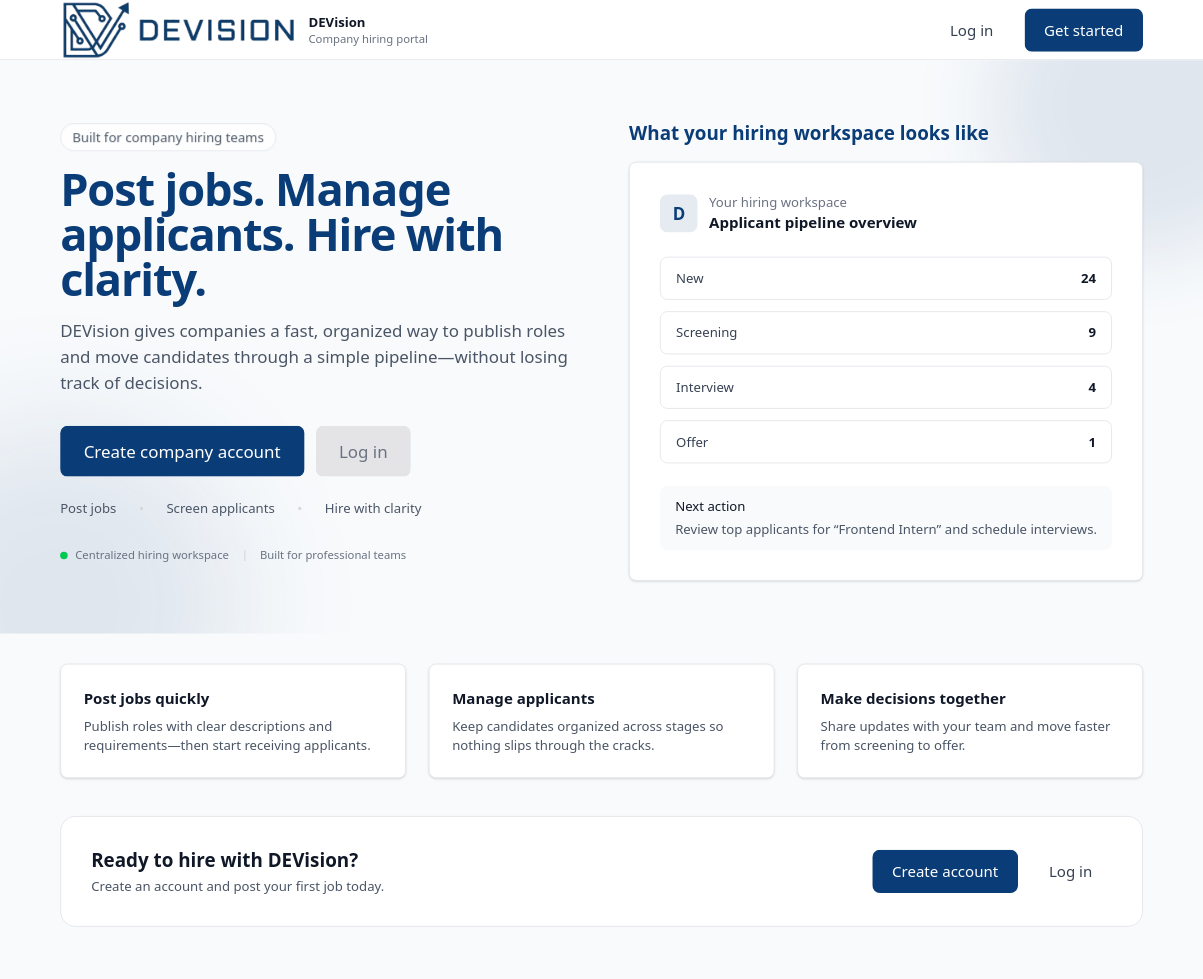
Repository: ISYS3461-2025C-Mulan-DEVision/JobManager_FE
Page: /
The author's editor kept a copy of each file at every save. The page is drawn from the files as they stood at one save, then again after the next save.
The browser window is 1280 px wide. The pictures show the whole page, at 94% of full size.
The project was rebuilt for these pictures with package versions that can differ from the ones it lists, and the page was loaded fresh each time. Also part of the build but not shown: vite.config.js, src/components/ui/Input/Input.tsx, src/components/ui/Spinner/Spinner.tsx, src/components/ui/Alert/Alert.tsx, src/components/ui/GoogleLogo/GoogleLogo.tsx, src/components/headless/Form/Form.tsx, src/components/headless/Form/index.ts, src/components/headless/Table/useTable.ts and 19 more.

Above is the page before, as saved 2025-12-12 16:54:16.

### index.html
<!doctype html>
<html lang="en">
  <head>
    <meta charset="UTF-8" />
    <link rel="icon" type="image/svg+xml" href="/logo/logo-icon.png" />
    <meta name="viewport" content="width=device-width, initial-scale=1.0" />
    <title>jobmanager-fe</title>
  </head>
  <body>
    <div id="root"></div>
    <script type="module" src="/src/main.jsx"></script>
  </body>
</html>

### src/main.tsx
import React, { StrictMode } from "react";
import { createRoot } from "react-dom/client";
import "./index.css";
import { BrowserRouter } from "react-router-dom";
import App from "./App.js";
import { Provider } from "react-redux";
import store from "./store/index.js";

const container = document.getElementById("root")!;
if (!container) {
    throw new Error("Root container not found");
} else {
    createRoot(container).render(
        <StrictMode>
            <Provider store={store}>
                <BrowserRouter>
                    <App />
                </BrowserRouter>
            </Provider>
        </StrictMode>,
    );
}

### src/index.css
@import "tailwindcss";

@theme {
  --color-heading: #0A3D78;
  --color-dark-blue: #1E293B;
  --color-background: #F8FAFC;
  --color-filled-button: #0A3D78;
}

html,
body {
    height: 100%;
}

:root {
    font-family: system-ui, -apple-system, Segoe UI, Roboto, Helvetica, Arial, sans-serif;
    line-height: 1.5;
    font-weight: 400;
    font-synthesis: none;
    text-rendering: optimizeLegibility;
    -webkit-font-smoothing: antialiased;
    -moz-osx-font-smoothing: grayscale;
}

body {
    margin: 0;
    min-width: 320px;
    min-height: 100vh;
    background: var(--color-background-color);
    color: #0f172a;
}


/* button {
    border-radius: 8px;
    border: 1px solid transparent;
    padding: 0.6em 1.2em;
    font-size: 1em;
    font-weight: 500;
    font-family: inherit;
    background-color: #1a1a1a;
    cursor: pointer;
    transition: border-color 0.25s;
}
button:hover {
    border-color: #646cff;
}
button:focus,
button:focus-visible {
    outline: 4px auto -webkit-focus-ring-color;
} */

### src/App.tsx
import { Routes, Route } from "react-router-dom";
import Home from "./pages/Home";
import LoginPage from "./pages/LoginPage";
import RegistrationPage from "./pages/RegistrationPage";
import AppHeader from "./components/common/AppHeader";

function App() {
    return (
        <div className="min-h-screen bg-background">
            <AppHeader />
            <main>
                <Routes>
                    <Route path="/" element={<Home />} />
                    <Route path="/login" element={<LoginPage />} />
                    <Route path="/register" element={<RegistrationPage />} />
                </Routes>
            </main>
        </div>
    );
}

export default App;

### src/store/index.ts
import configureStore from "./configureStore";
const store = configureStore();
export default store;

### src/components/common/AppHeader.tsx
import { Link, useLocation } from "react-router-dom";
import { Button } from "../ui";

type AppHeaderProps = {
    className?: string;
};

export default function AppHeader({ className }: AppHeaderProps) {
    const location = useLocation();

    const pathname = location.pathname;
    const onLogin = pathname === "/login";
    const onRegister = pathname === "/register";

    return (
        <header className={className ?? ""}>
            <div className="h-16 border-b border-gray-200 bg-white">
                <div className="mx-auto flex h-full max-w-6xl items-center justify-between">
                    <Link to="/" className="flex items-center gap-3">
                        <img src="/logo/logo.png" alt="DEVision" className="h-15 w-auto" />
                        <div className="leading-tight">
                            <div className="text-sm font-semibold text-gray-900">DEVision</div>
                            <div className="text-xs text-gray-500">Company hiring portal</div>
                        </div>
                    </Link>

                    <nav className="flex items-center gap-3">
                        {!onLogin && (
                            <Link to="/login" className="inline-flex">
                                <Button variant="ghost">Log in</Button>
                            </Link>
                        )}
                        {!onRegister && (
                            <Link to="/register" className="inline-flex">
                                <Button>Get started</Button>
                            </Link>
                        )}
                    </nav>
                </div>
            </div>
        </header>
    );
}

### src/store/configureStore.ts
import { createStore, applyMiddleware, Store } from "redux";
import { createLogger } from "redux-logger";
import createSagaMiddleware from "redux-saga";
import { enableBatching } from "redux-batched-actions";
import createReducer from "./reducers";
import rootSaga from "./saga";

const configureStore = (initialState = {}): Store => {
    const rootReducer = createReducer();
    const sagaMiddleware = createSagaMiddleware();

    const middlewares = [sagaMiddleware];

    const isDev = import.meta.env.VITE_NODE_ENV === "development";

    if (isDev) {
        const loggerMiddleware = createLogger({
            collapsed: () => true,
        });
        (middlewares as any[]).push(loggerMiddleware);
    }

    const store = createStore(
        enableBatching(rootReducer),
        initialState,
        applyMiddleware(...middlewares),
    );

    sagaMiddleware.run(rootSaga);

    return store;
};

export default configureStore;

### src/components/ui/index.ts
// UI Components - Presentational components with styling
export * from "./Button";
export * from "./Input";
export * from "./Card";
export * from "./Spinner";
export * from "./Alert";
export * from "./GoogleLogo";

### src/store/reducers.ts
import { combineReducers } from "redux";
import { reducers } from "../redux";
import _ from "lodash";

const appReducer = combineReducers(reducers);
export default function createReducer() {
    const rootReducer = (state, action) => {
        if (action.type === "FORCE_UPDATE_GLOBAL_STATE") {
            return appReducer(_.cloneDeep(action.payload), action as never);
        }
        return appReducer(state, action as never);
    };

    return rootReducer;
}

### src/store/saga.ts
import { all, fork } from "redux-saga/effects";
import { sagas } from "../redux";

export default function* rootSaga() {
    yield all([...Object.values(sagas)].map(fork));
}

### src/components/ui/Button/index.ts
export { Button } from "./Button";
export type { ButtonProps } from "./Button";

### src/components/ui/Input/index.ts
export { Input } from "./Input";
export type { InputProps } from "./Input";

### src/components/ui/Card/index.ts
export { Card, CardHeader, CardBody, CardFooter } from "./Card";
export type { CardProps } from "./Card";

### src/components/ui/Spinner/index.ts
export { Spinner } from "./Spinner";
export type { SpinnerProps } from "./Spinner";

### src/components/ui/Alert/index.ts
export { Alert } from "./Alert";
export type { AlertProps } from "./Alert";

### src/components/ui/GoogleLogo/index.ts
export { GoogleLogo } from "./GoogleLogo";
export type { GoogleLogoProps } from "./GoogleLogo";

### src/redux/index.ts
const loadModules = (modules: Record<string, any>, hasDefault = false) =>
    Object.entries(modules).map(([path, mod]) => {
        const parts = path.split("/");
        return {
            name: parts.at(-1)!.replace(".js", "").toUpperCase(),
            key: parts.at(-2)!,
            data: hasDefault ? mod.default : mod,
        };
    });

const rawActions = loadModules(
    import.meta.glob("./**/actions.ts", { eager: true }),
    true,
);

const rawTypes = loadModules(
    import.meta.glob("./**/types.ts", { eager: true }),
    false,
);

const rawReducers = loadModules(
    import.meta.glob("./**/reducer.ts", { eager: true }),
    true,
);

const rawSagas = loadModules(
    import.meta.glob("./**/saga.ts", { eager: true }),
    false,
);

// Final exports
export const actions = rawActions.reduce((p, e) => ({ ...p, ...e.data }), {});
export const types = rawTypes.reduce((p, e) => ({ ...p, ...e.data }), {});
export const reducers = rawReducers.reduce(
    (p, e) => ({ ...p, [e.key]: e.data }),
    {},
);
export const sagas = rawSagas.reduce((p, e) => ({ ...p, ...e.data }), {});

### src/components/ui/Button/Button.tsx
import React from "react";
import clsx from "clsx";

export interface ButtonProps extends React.ButtonHTMLAttributes<HTMLButtonElement> {
    variant?: "primary" | "secondary" | "outline" | "ghost" | "danger";
    size?: "sm" | "md" | "lg";
    isLoading?: boolean;
    fullWidth?: boolean;
    children: React.ReactNode;
}

export const Button: React.FC<ButtonProps> = ({
    variant = "primary",
    size = "md",
    isLoading = false,
    fullWidth = false,
    className,
    disabled,
    children,
    ...props
}) => {
    const baseStyles =
        "font-medium rounded-lg transition-[border-color] duration-250 focus:outline-none focus:ring-2 focus:ring-offset-2 disabled:opacity-50 disabled:cursor-not-allowed border border-transparent cursor-pointer";

    const variants = {
        primary: "bg-filled-button text-white hover:bg-filled-button/90 focus:ring-filled-button",
        secondary:
            "bg-zinc-200 text-gray-500 hover:bg-zinc-600 hover:text-white focus:ring-zinc-500",
        outline:
            "border border-heading-text text-heading hover:bg-heading-text/10 focus:ring-heading-text",
        ghost: "text-gray-700 hover:bg-gray-100 focus:ring-gray-500",
        danger: "bg-red-600 text-white hover:bg-red-700 focus:ring-red-500",
    };

    const sizes = {
        sm: "px-3 py-1.5 text-sm",
        md: "px-5 py-2.5 text-base",
        lg: "px-6 py-3 text-lg",
    };

    return (
        <button
            className={clsx(
                baseStyles,
                variants[variant],
                sizes[size],
                fullWidth && "w-full",
                className,
            )}
            disabled={disabled || isLoading}
            {...props}
        >
            {isLoading ? (
                <span className="flex items-center justify-center">
                    <svg
                        className="animate-spin -ml-1 mr-2 h-4 w-4"
                        fill="none"
                        viewBox="0 0 24 24"
                    >
                        <circle
                            className="opacity-25"
                            cx="12"
                            cy="12"
                            r="10"
                            stroke="currentColor"
                            strokeWidth="4"
                        />
                        <path
                            className="opacity-75"
                            fill="currentColor"
                            d="M4 12a8 8 0 018-8V0C5.373 0 0 5.373 0 12h4zm2 5.291A7.962 7.962 0 014 12H0c0 3.042 1.135 5.824 3 7.938l3-2.647z"
                        />
                    </svg>
                    Loading...
                </span>
            ) : (
                children
            )}
        </button>
    );
};

### src/components/ui/Card/Card.tsx
import React from "react";
import clsx from "clsx";

export interface CardProps {
  children: React.ReactNode;
  className?: string;
  padding?: "none" | "sm" | "md" | "lg";
  hover?: boolean;
}

export const Card: React.FC<CardProps> = ({
  children,
  className,
  padding = "md",
  hover = false,
}) => {
  const paddingStyles = {
    none: "",
    sm: "p-3",
    md: "p-4",
    lg: "p-6",
  };

  return (
    <div
      className={clsx(
        "bg-white rounded-lg border border-gray-200 shadow-sm",
        paddingStyles[padding],
        hover && "hover:shadow-md transition-shadow cursor-pointer",
        className
      )}
    >
      {children}
    </div>
  );
};

export const CardHeader: React.FC<{
  children: React.ReactNode;
  className?: string;
}> = ({ children, className }) => (
  <div className={clsx("border-b border-gray-200 pb-3 mb-3", className)}>
    {children}
  </div>
);

export const CardBody: React.FC<{
  children: React.ReactNode;
  className?: string;
}> = ({ children, className }) => <div className={className}>{children}</div>;

export const CardFooter: React.FC<{
  children: React.ReactNode;
  className?: string;
}> = ({ children, className }) => (
  <div className={clsx("border-t border-gray-200 pt-3 mt-3", className)}>
    {children}
  </div>
);

### src/redux/app/actions.ts
import * as types from "./type";

const setLoading = (payload: boolean) => ({ type: types.SET_LOADING, payload });
const setError = (payload: string | null) => ({
    type: types.SET_ERROR,
    payload,
});
const setInitialized = (payload: boolean) => ({
    type: types.SET_INITIALIZED,
    payload,
});
const reset = () => ({ type: types.RESET });

const toggleLoadingAsync = (payload: boolean) => ({
    type: types.TOGGLE_LOADING_ASYNC,
    payload,
});

export default {
    setLoading,
    setError,
    setInitialized,
    reset,
    toggleLoadingAsync,
};

### src/redux/app/reducer.ts
import * as types from "./type";
export interface AppState {
    loading: boolean;
    error: string | null;
    initialized?: boolean;
    test: string;
}

const INITIAL_STATE: AppState = {
    loading: true,
    error: null,
    initialized: false,
    test: "test",
};

type Action = { type: string; payload?: any };

export default function appReducer(
    state: AppState = INITIAL_STATE,
    action: Action,
): AppState {
    switch (action.type) {
        case types.SET_LOADING:
            return { ...state, loading: !!action.payload };
        case types.SET_ERROR:
            return { ...state, error: action.payload ?? null, loading: false };
        case types.SET_INITIALIZED:
            return { ...state, initialized: !!action.payload };
        case types.RESET:
            return { ...INITIAL_STATE };
        default:
            return state;
    }
}

### src/redux/app/saga.ts
import { takeEvery, put, delay } from "redux-saga/effects";
import * as types from "./type";
import actions from "./actions";

function* handleToggleLoading(action: any) {
    yield delay(300);
    yield put(actions.setLoading(action.payload));
}

export function* watchToggleLoading() {
    yield takeEvery(types.TOGGLE_LOADING_ASYNC, handleToggleLoading);
}

### src/redux/app/type.ts
const prefix = "APP/";

export const SET_LOADING = `${prefix}SET_LOADING`;
export const SET_ERROR = `${prefix}SET_ERROR`;
export const SET_INITIALIZED = `${prefix}SET_INITIALIZED`;
export const RESET = `${prefix}RESET`;

// test async action
export const TOGGLE_LOADING_ASYNC = `${prefix}TOGGLE_LOADING_ASYNC`;

Loaded but not shown: src/pages/Home.tsx (141 lines, source omitted)

After the next save:
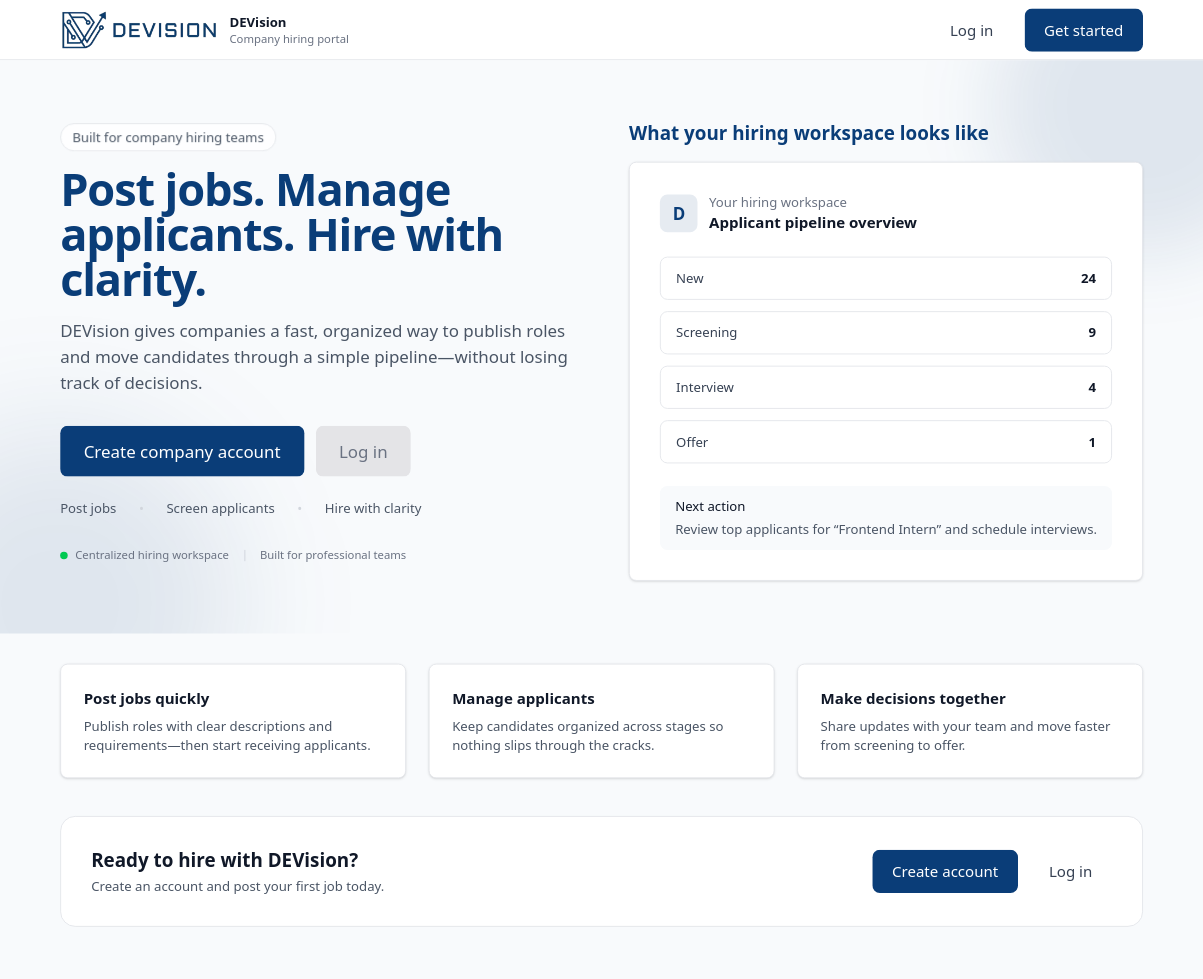
Saved 6 s later.
--- a/src/components/common/AppHeader.tsx
+++ b/src/components/common/AppHeader.tsx
@@ -17,7 +17,7 @@ export default function AppHeader({ className }: AppHeaderProps) {
             <div className="h-16 border-b border-gray-200 bg-white">
                 <div className="mx-auto flex h-full max-w-6xl items-center justify-between">
                     <Link to="/" className="flex items-center gap-3">
-                        <img src="/logo/logo.png" alt="DEVision" className="h-15 w-auto" />
+                        <img src="/logo/logo.png" alt="DEVision" className="h-10 w-auto" />
                         <div className="leading-tight">
                             <div className="text-sm font-semibold text-gray-900">DEVision</div>
                             <div className="text-xs text-gray-500">Company hiring portal</div>
